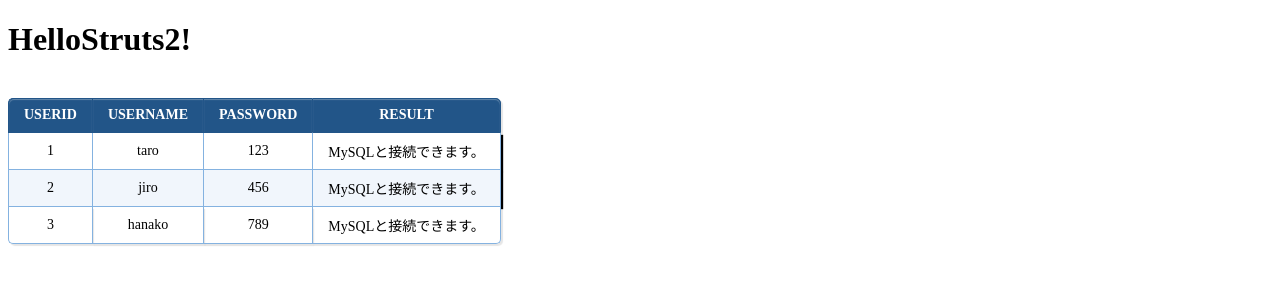
Repository: i-k-26/test
Page: http://localhost/webProj5/HelloStrutsAction.action
An editor plug-in stored every save of this project. The page is shown before and after the next save, followed by the edit.
The browser window is 1280 px wide. The pictures show the whole page.
The page is served by Tomcat 9. Other server files are loaded and not shown. The database holds what the project's SQL file puts in it.

Above is the page before, as saved 2019-08-29 07:29:23.

### webProj5/WebContent/hello.jsp
<%@ page language="java" contentType="text/html; charset=UTF-8"
	pageEncoding="UTF-8"%>
<%@ taglib prefix="s" uri="/struts-tags"%>
<!DOCTYPE html>
<html>
<head>
<meta charset="UTF-8">
<link rel="stylesheet" type="text/css" href="./css/style.css">
<title>HelloStruts</title>
</head>
<body>

	<h1>HelloStruts2!</h1>
	<br>

	<table>
		<tbody>
			<tr>
				<th>USERID</th>
				<th>USERNAME</th>
				<th>PASSWORD</th>
				<th>RESULT</th>
			</tr>

			<s:iterator value="#session.helloStrutsDTOList">
				<tr>
					<td><s:property value="userId" /></td>
					<td><s:property value="userName" /></td>
					<td><s:property value="password" /></td>
					<td><s:property value="result" /></td>
				</tr>
			</s:iterator>
		</tbody>
	</table>

</body>
</html>

### webProj5/src/com/internousdev/webproj5/dao/HelloStrutsDAO.java
package com.internousdev.webproj5.dao;

import java.sql.Connection;
import java.sql.PreparedStatement;
import java.sql.ResultSet;
import java.sql.SQLException;
import java.util.ArrayList;
import java.util.List;

import com.internousdev.webproj5.dto.HelloStrutsDTO;
import com.internousdev.webproj5.util.DBConnector;

public class HelloStrutsDAO {

	List<HelloStrutsDTO> helloStrutsDTOList = new ArrayList<HelloStrutsDTO>();

	public List<HelloStrutsDTO> select() {
		DBConnector db = new DBConnector();
		Connection con = db.getConnection();

		String sql = "select * from users";

		try {
			PreparedStatement ps = con.prepareStatement(sql);
			ResultSet rs = ps.executeQuery();

			while (rs.next()) {

				HelloStrutsDTO dto = new HelloStrutsDTO();
				dto.setUserId(rs.getInt("user_id"));
				dto.setUserName(rs.getString("user_name"));
				dto.setPassword(rs.getString("password"));
				dto.setResult("MySQLと接続できます。");
				helloStrutsDTOList.add(dto);
			}
		} catch (SQLException e) {
			e.printStackTrace();
		}
		try {
			con.close();
		} catch (SQLException e) {
			e.printStackTrace();
		}
		return helloStrutsDTOList;
	}
}

### webProj5/src/com/internousdev/webproj5/util/DBConnector.java
package com.internousdev.webproj5.util;

import java.sql.Connection;
import java.sql.DriverManager;
import java.sql.SQLException;

public class DBConnector {
	/**
	 * JDBC ドライバー名
	 */
	private static String driverName = "com.mysql.jdbc.Driver";
	/**
	 * データベース接続URL
	 */
	private static String url = "jdbc:mysql://localhost/testdb";
	/**
	 * データベース接続ユーザ名
	 */
	private static String user = "root";
	/**
	 * データベース接続パスワード
	 */
	private static String password = "mysql";

	public Connection getConnection() {
		Connection con = null;

		try {
			Class.forName(driverName);
			con = DriverManager.getConnection(url, user, password);
		} catch (ClassNotFoundException e) {
			e.printStackTrace();
		} catch (SQLException e) {
			e.printStackTrace();
		}
		return con;
	}

}

### webProj5/src/com/internousdev/webproj5/dto/HelloStrutsDTO.java
package com.internousdev.webproj5.dto;

public class HelloStrutsDTO {

	private int userId;
	private String userName;
	private String password;
	private String result;

	public int getUserId() {
		return userId;
	}

	public void setUserId(int userId) {
		this.userId = userId;
	}

	public String getUserName() {
		return userName;
	}

	public void setUserName(String userName) {
		this.userName = userName;
	}

	public String getPassword() {
		return password;
	}

	public void setPassword(String password) {
		this.password = password;
	}

	public String getResult() {
		return result;
	}

	public void setResult(String result) {
		this.result = result;
	}
}

### webProj5/WebContent/css/style.css
table {
	width: auto;
	border-spacing: 0;
	font-size: 14px;
}

table th {
	color: #fff;
	padding: 8px 15px;
	background: #258;
	background: -moz-linear-gradient(rgba(34, 85, 136, 0.7),
		rgba(34, 85, 136, 0.9) 50%);
	background: -webkit-gradient(linear, 100% 0%, 100% 50%, from(rgba(34, 85, 136, 0.7)),
		to(rgba(34, 85, 136, 0. 9)));
	font-weight: bold;
	border-left: 1px solid #258;
	border-top: 1px solid #258;
	border-bottom: 1px solid #258;
	line-height: 120%;
	text-align: center;
	text-shadow: 0 -1px 0 rgba(34, 85, 136, 0.9);
	box-shadow: 0px 1px 1px rgba(255, 255, 255, 0.3) inset;
}

table th:first-child {
	border-radius: 5px 0 0 0;
}

table th:last-child {
	border-radius: 0 5px 0 0;
	border-right: 1px solid #258;
	box-shadow: 2px 2px 1px rgba(0, 0, 0, 0.1), 0px 1px 1px
		rgba(255, 255, 255, 0.3) inset;
}

table tr td {
	padding: 8px 15px;
	border-bottom: 1px solid #84b2e0;
	border-left: 1px solid #84b2e0;
	text-align: center;
}

table tr td:last-child {
	border-right: 1px solid #84b2e0;
	box-shadow: 2px 2px 1px rgba(0, 0, 0, 1);
}

table tr {
	background: #fff;
}

table tr:nth-child(2n+1) {
	background: #f1f6fc;
}

table tr:last-child td {
	box-shadow: 2px 2px 1px rgba(0, 0, 0, 0.1);
}

table tr:last-child td:first-child {
	border-radius: 0 0 0 5px;
}

table tr:last-child td:last-child {
	border-radius: 0 0 5px 0;
}

table tr:hover {
	background: #bba4ee;
	cursor: pointer;
}

### webProj5/sql/testdb.sql (the tables this page reads)
create table users(
user_id int primary key auto_increment,
user_name varchar(255),
password varchar(255)
);

insert into users value(1,"taro","123");

insert into users value(2,"jiro","456");

insert into users value(3,"hanako","789");

After the next save:
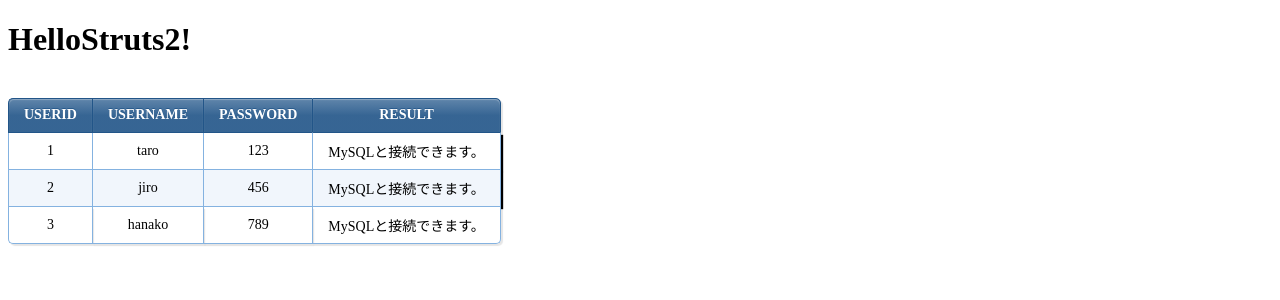
Saved 21 s later.
--- a/webProj5/WebContent/css/style.css
+++ b/webProj5/WebContent/css/style.css
@@ -11,7 +11,7 @@ table th {
 	background: -moz-linear-gradient(rgba(34, 85, 136, 0.7),
 		rgba(34, 85, 136, 0.9) 50%);
 	background: -webkit-gradient(linear, 100% 0%, 100% 50%, from(rgba(34, 85, 136, 0.7)),
-		to(rgba(34, 85, 136, 0. 9)));
+		to(rgba(34, 85, 136, 0.9)));
 	font-weight: bold;
 	border-left: 1px solid #258;
 	border-top: 1px solid #258;
